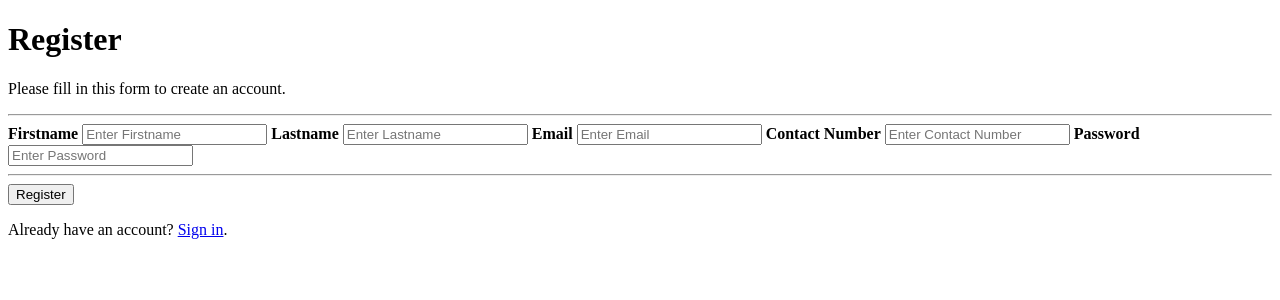
Repository: anmolvid/ServletProject
Page: LoginRegistrationApp/WebContent/Registration.html
An editor plug-in stored every save of this project. The page is shown before and after the next save, followed by the edit.
The browser window is 1280 px wide. The pictures show the whole page.

Above is the page before, as saved 2019-01-22 07:52:30.

After the next save:
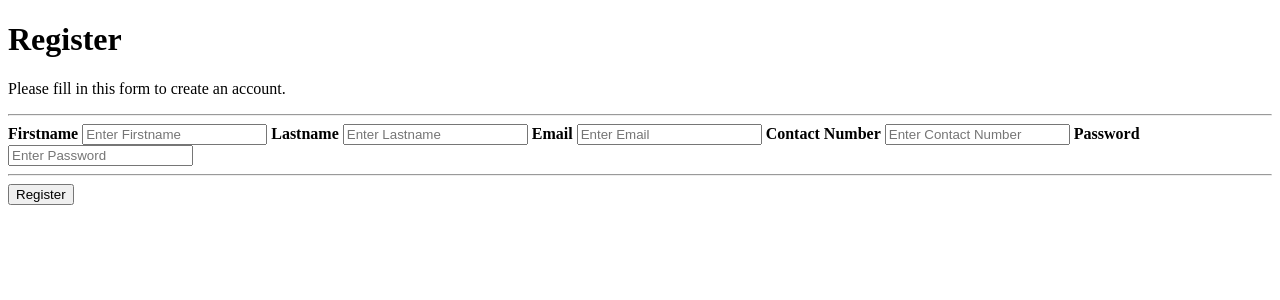
Saved 77 s later.
--- a/LoginRegistrationApp/WebContent/Registration.html
+++ b/LoginRegistrationApp/WebContent/Registration.html
@@ -36,6 +36,6 @@
 
 
   <div class="container signin">
-    <p>Already have an account? <a href="#">Sign in</a>.</p>
+
   </div>
 </form>
